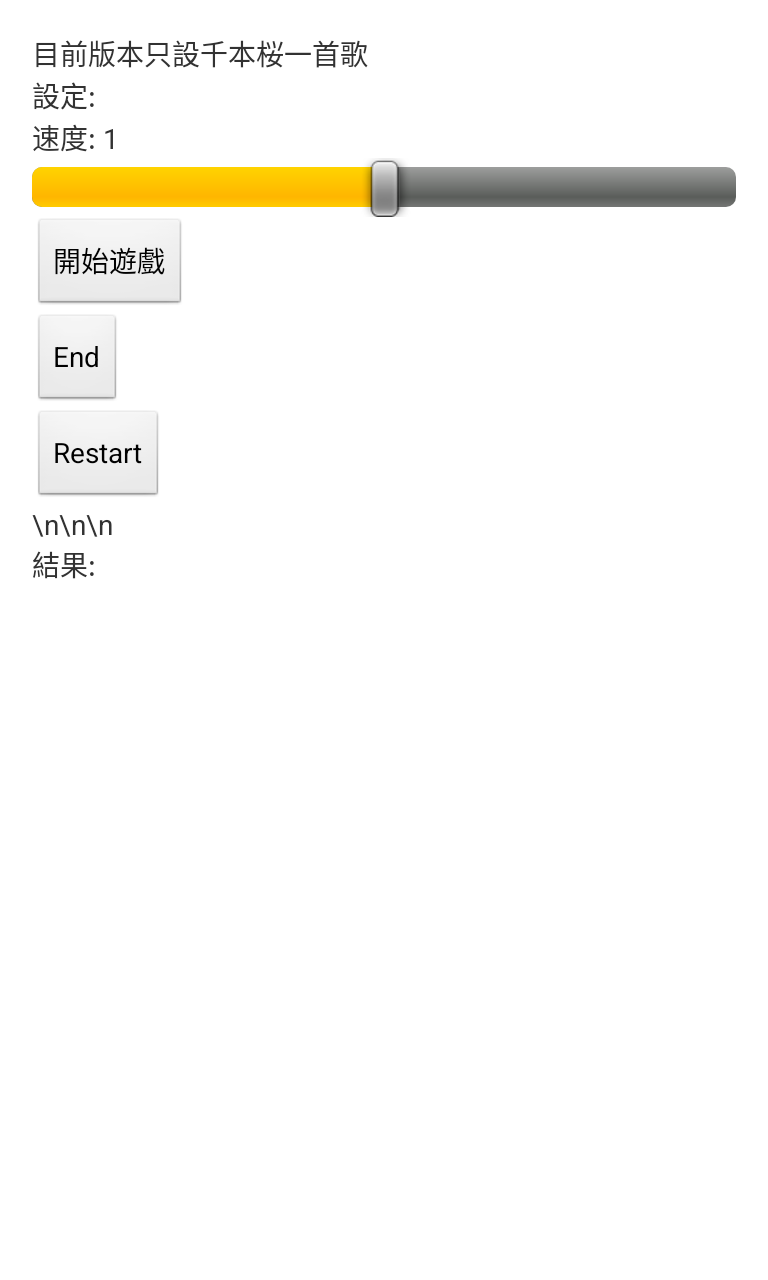
Repository: dogwong/marumaru
Layout: maimai_test/marumaru/res/layout/activity_main.xml
The author's editor kept a copy of each file at every save. The layout is drawn from the files as they stood at one save, then again after the next save.
It is drawn on a 768 x 1280 px phone screen (xhdpi) without system bars, with theme AppTheme; the app's code is not run.

Above is the layout before, as saved 2013-06-09 07:21:42.

### maimai_test/marumaru/res/layout/activity_main.xml
<LinearLayout xmlns:android="http://schemas.android.com/apk/res/android"
    xmlns:tools="http://schemas.android.com/tools"
    android:id="@+id/LinearLayout1"
    android:layout_width="match_parent"
    android:layout_height="match_parent"
    android:orientation="vertical"
    android:paddingBottom="@dimen/activity_vertical_margin"
    android:paddingLeft="@dimen/activity_horizontal_margin"
    android:paddingRight="@dimen/activity_horizontal_margin"
    android:paddingTop="@dimen/activity_vertical_margin"
    tools:context=".MainActivity" >

    <TextView
        android:id="@+id/textView1"
        android:layout_width="wrap_content"
        android:layout_height="wrap_content"
        android:text="目前版本只設千本桜一首歌" />

    <TextView
        android:id="@+id/textView2"
        android:layout_width="wrap_content"
        android:layout_height="wrap_content"
        android:text="設定:" />

    <TableRow
        android:id="@+id/tableRow1"
        android:layout_width="match_parent"
        android:layout_height="wrap_content" >

        <TextView
            android:id="@+id/textView3"
            android:layout_width="wrap_content"
            android:layout_height="wrap_content"
            android:text="速度: " />

        <TextView
            android:id="@+id/textView4"
            android:layout_width="wrap_content"
            android:layout_height="wrap_content"
            android:text="1" />

    </TableRow>

    <TableRow
        android:id="@+id/tableRow2"
        android:layout_width="match_parent"
        android:layout_height="wrap_content" >

        <SeekBar
            android:id="@+id/sbSpeed"
            android:layout_width="match_parent"
            android:layout_height="wrap_content"
            android:max="8"
            android:progress="4" />

    </TableRow>

    <Button
        android:id="@+id/btnStart"
        android:layout_width="wrap_content"
        android:layout_height="wrap_content"
        android:text="開始遊戲" />

    <Button
        android:id="@+id/btnEnd"
        android:layout_width="wrap_content"
        android:layout_height="wrap_content"
        android:text="End" />

    <Button
        android:id="@+id/btnRestart"
        android:layout_width="wrap_content"
        android:layout_height="wrap_content"
        android:text="Restart" />

    <TextView
        android:id="@+id/textView5"
        android:layout_width="wrap_content"
        android:layout_height="wrap_content"
        android:text="\n\n\n" />

    <TextView
        android:id="@+id/textView6"
        android:layout_width="wrap_content"
        android:layout_height="wrap_content"
        android:text="結果:" />

</LinearLayout>

Loaded but not shown: maimai_test/marumaru/res/values/styles.xml (common file); maimai_test/marumaru/res/values/dimens.xml (common file)

After the next save:
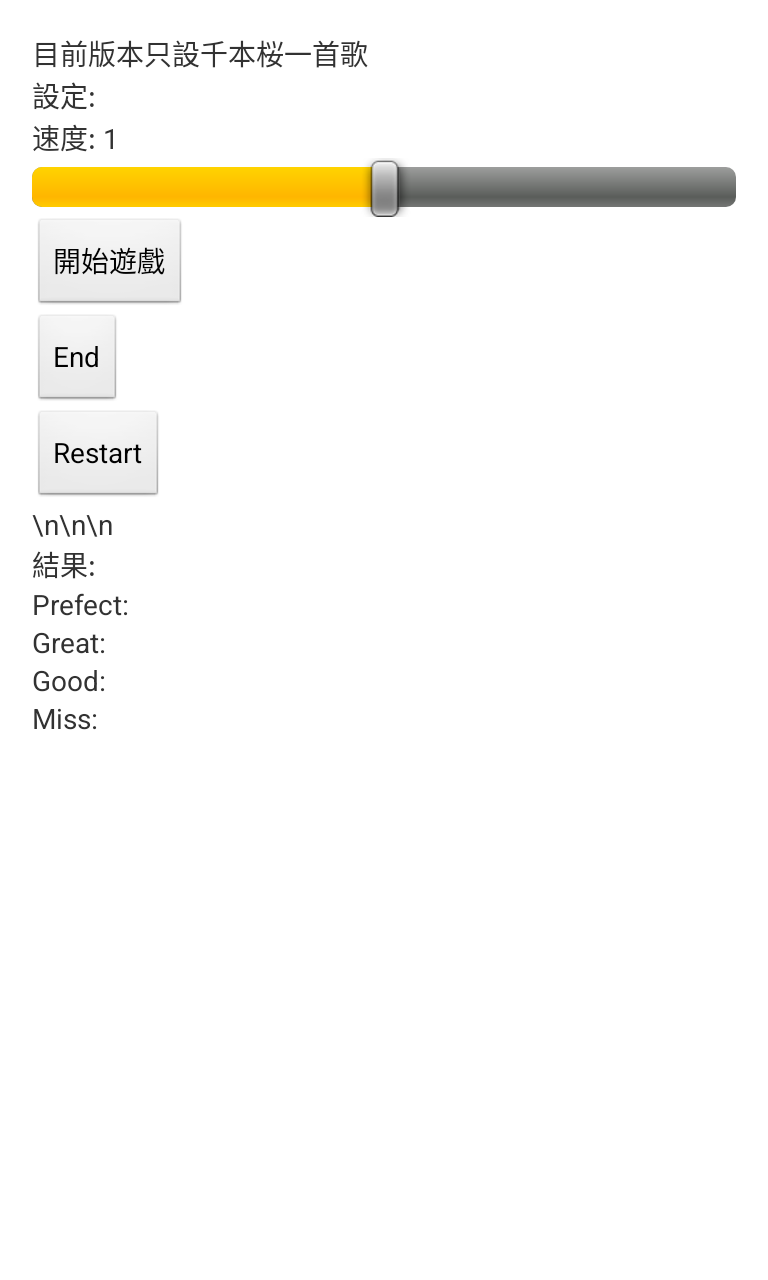
Saved 107 s later.
--- a/maimai_test/marumaru/res/layout/activity_main.xml
+++ b/maimai_test/marumaru/res/layout/activity_main.xml
@@ -85,4 +85,28 @@
         android:layout_height="wrap_content"
         android:text="結果:" />
 
+    <TextView
+        android:id="@+id/textView7"
+        android:layout_width="wrap_content"
+        android:layout_height="wrap_content"
+        android:text="Prefect: " />
+
+    <TextView
+        android:id="@+id/textView8"
+        android:layout_width="wrap_content"
+        android:layout_height="wrap_content"
+        android:text="Great: " />
+
+    <TextView
+        android:id="@+id/textView9"
+        android:layout_width="wrap_content"
+        android:layout_height="wrap_content"
+        android:text="Good: " />
+
+    <TextView
+        android:id="@+id/textView10"
+        android:layout_width="wrap_content"
+        android:layout_height="wrap_content"
+        android:text="Miss: " />
+
 </LinearLayout>
